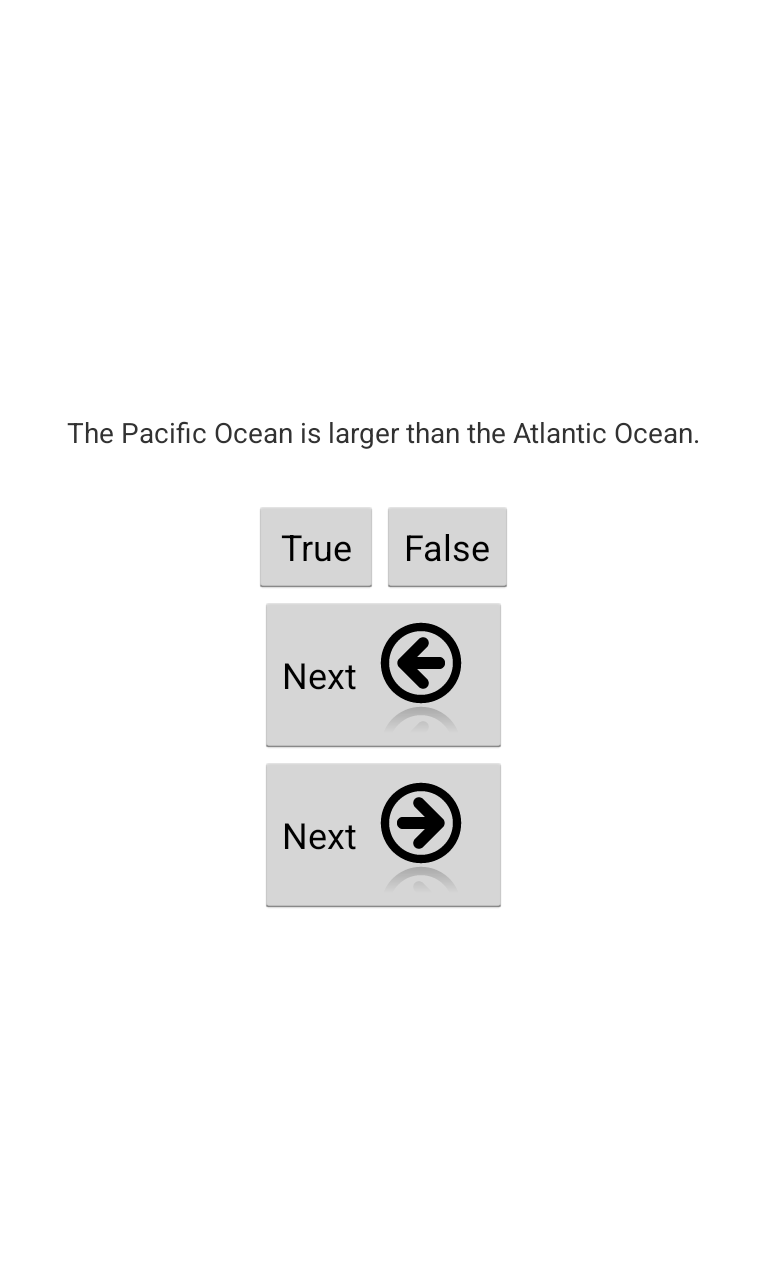
Repository: amukoseev/Android_projects
Layout: GeoQuiz/res/layout/activity_quiz.xml
The author's editor kept a copy of each file at every save. The layout is drawn from the files as they stood at one save, then again after the next save.
It is drawn on a 768 x 1280 px phone screen (xhdpi) without system bars, with theme AppTheme; the app's code is not run.

Above is the layout before, as saved 2014-12-03 17:50:40.

After the next save:
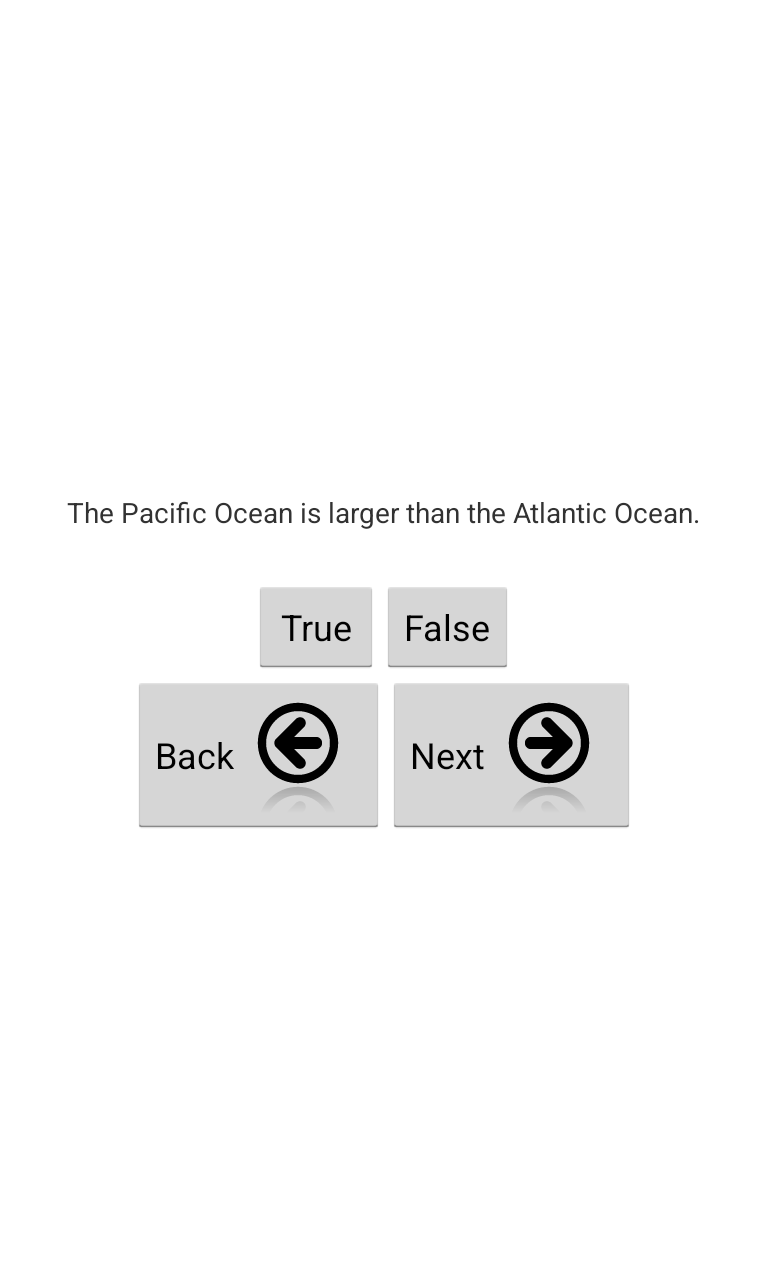
Saved 2 min 5 s later.
--- a/GeoQuiz/res/layout/activity_quiz.xml
+++ b/GeoQuiz/res/layout/activity_quiz.xml
@@ -28,18 +28,23 @@
 			android:layout_height="wrap_content"
 			android:text="@string/false_button" />
 	</LinearLayout>
-	<Button
-		android:id="@+id/prev_button"
+	<LinearLayout
 		android:layout_width="wrap_content"
 		android:layout_height="wrap_content"
-		android:text="@string/next_button"
-		android:drawableRight="@drawable/arrow_left"
-		 />
-	<Button
-		android:id="@+id/next_button"
-		android:layout_width="wrap_content"
-		android:layout_height="wrap_content"
-		android:text="@string/next_button"
-		android:drawableRight="@drawable/arrow_right"
-		 />
+		android:orientation="horizontal" >
+		<Button
+			android:id="@+id/prev_button"
+			android:layout_width="wrap_content"
+			android:layout_height="wrap_content"
+			android:text="@string/prev_button"
+			android:drawableRight="@drawable/arrow_left"
+		 	/>
+		<Button
+			android:id="@+id/next_button"
+			android:layout_width="wrap_content"
+			android:layout_height="wrap_content"
+			android:text="@string/next_button"
+			android:drawableRight="@drawable/arrow_right"
+		 	/>
+	</LinearLayout>
 </LinearLayout>
